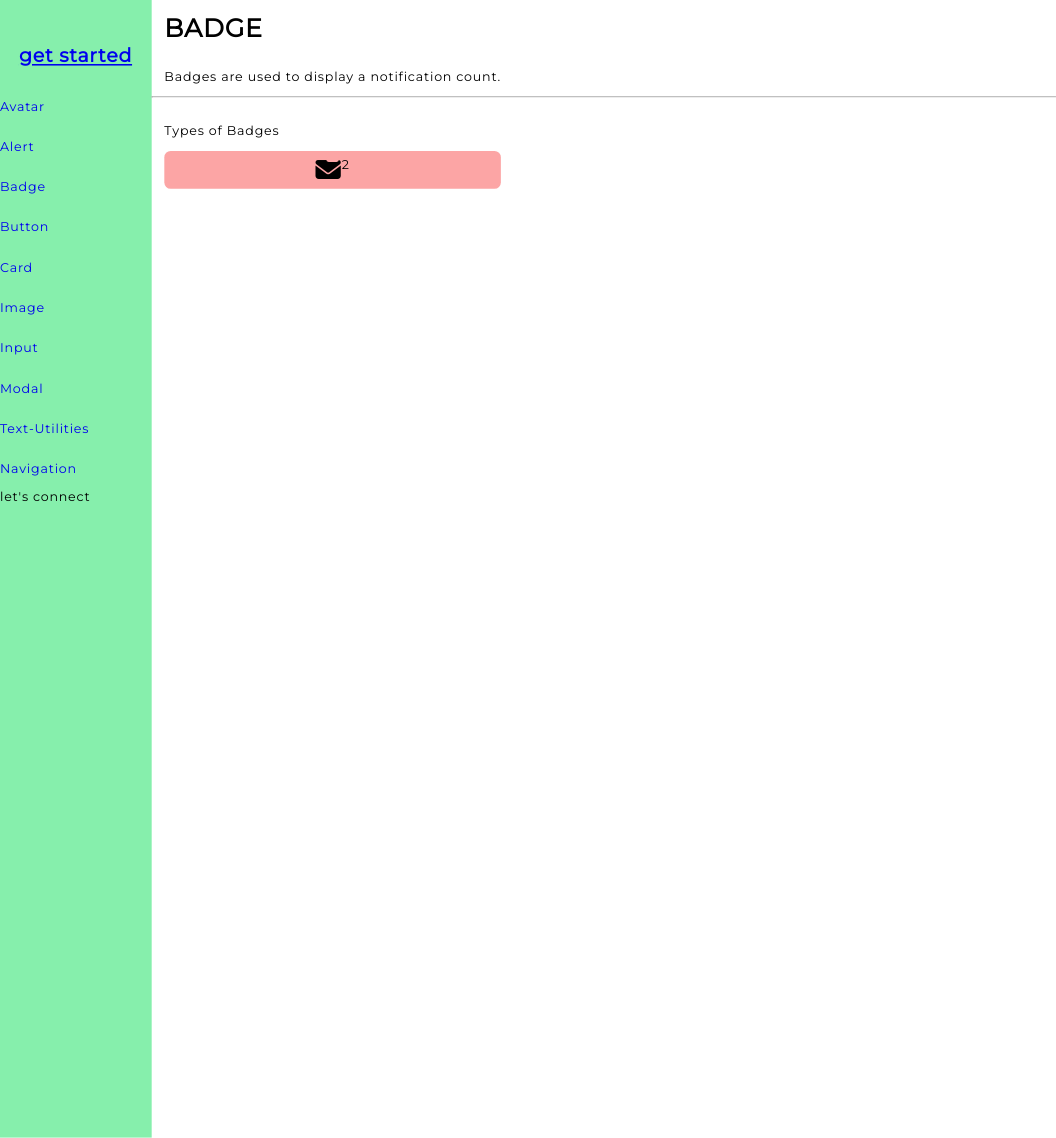
Repository: Anasooya2601/Components_UI
Page: components/Badge/Badge.html
These files come from the project's save history. The page is drawn as it stood at one moment and after the next save; the edit follows.
The browser window is 1280 px wide. The page is 1337 px wide, so the pictures cover 1337 px, including what lies to the right of the window. The pictures show the whole page, at 79% of full size.
Some web libraries are served in a nearby version.

Above is the page before, as saved 2022-02-12 13:32:13.
Not found: components/
Not found: components/Avatar/index.css

### components/Badge/Badge.html
<!DOCTYPE html>
<html lang="en">
<head>
    <meta charset="UTF-8">
    <meta http-equiv="X-UA-Compatible" content="IE=edge">
    <meta name="viewport" content="width=device-width, initial-scale=1.0">
    <title>BADGE</title>
    <link rel="stylesheet" href="/main/main.css">
    <link rel="stylesheet" href="../comp.css">
    <link rel="stylesheet" href="https://cdnjs.cloudflare.com/ajax/libs/font-awesome/4.7.0/css/font-awesome.min.css">
    <script src="https://kit.fontawesome.com/e70e2d0aa4.js" crossorigin="anonymous"></script>
</head>
<body><!-- main -->
    <div class="main-container">
        <div class="navbar-wrapper">

            <div class="nav">
                <div class="navbar-header">
                <div class="logo">
                    <a href="/index.html"></a>
                 </div>
                </div>
            </div>

        <!-- topics -->
        <a href="/main/main.html" class="text">get started</a>
        <div class="navbar-main">
            <a href="/components/Avatar/index.html">Avatar</a>
            <a href="/components/Alert/alert.html">Alert</a>
            <a href="/components/Badge/badge.html">Badge</a>
            <a href="/components/Button/button.html">Button</a>
             <a href="/components/Card/card.html">Card</a>
             <a href="/components/Image/image.html">Image</a>
             <a href="/components/Input/input.html">Input</a>
            <a href="/components/Modal/modal">Modal</a>
            <a href="/components//TextUtilities/textutilities">Text-Utilities</a>
            <a href="/components/Navigation/navigation">Navigation</a>
        </div>
        <!-- footer -->
        <div class="footer">
            <div class="footer-text">
                <p>let's connect</p>
            </div>
        </div>
        </div>

  <!-- Badge component -->
    <div class="header">
        <div class="section-header">
            <div>
                <h1 class="text-header">BADGE</h1>
                    <p class="para">
                     Badges are used to display a notification count.
                    </p>
              <hr>

            </div>
        </div>
        <div class="section-main">

<div class="section-info">Types of Badges
<p></p>
<div class="badge-main">

    <div class="badge-container">
        <div class="badge">
            <i class="fas fa-envelope fa-2x"></i>
            <div class="env notification"></div>
            <span>2</span>
        </div>
    </div>




            </div>
        </div>
    </div>
    <div class="code">


    </div>
</div>
</body>
</html>

### main/main.css
@import url('https://fonts.googleapis.com/css2?family=Montserrat&display=swap');
*{
    margin: 0;
    padding: 0;
    box-sizing: border-box;
}

body{
    letter-spacing: 1px;
}

/* color variable */
:root{
    font-family: 'Montserrat', sans-serif;
    font-weight: 400;
    --main:#fca5a5;
    --green:#86efac;
    --red:#f87171;
    --blue:
}

/* logo */
.logo{
    display: flex;
    justify-content: center;
}

.logo a{
    color: var(--main-color);
    font-size: 2.5rem;
    display: flex;
    align-items: flex-end;
}




.main-container{
    display: flex;
}

.text{
    font-size: 1.5rem;
    margin: 1.5rem;
    font-weight: bold;
}
/* navbar */
.navbar-wrapper{
    width: 15%;
    height: 200vh;
    font-size: 1rem;
    flex-direction: column;
    overflow-y: scroll;
display: flex;
flex-shrink: 0;
background-color: var(--green);
transition: 0.3s all ease-in;
}
.nav{
    display: flex;
    flex-direction: column;
}
.navbar-main{
    display: flex;
    flex-direction: column;
}
.navbar-main a{
  border-radius: 40px;
  padding: 1rem 0rem 1rem 0rem;
  letter-spacing: 1px;
  transition: 0.3s all ease-in-out;
  text-decoration: none;
}
.navbar-header{
    border-bottom: var(--main-color);
    padding: 1rem;
}
hr{
    width:250%;
    text-align:left;
    margin-left:0;
    }
    .code{
        display: flex;
        margin-top: 2rem;
        margin-bottom: 4rem;
        justify-content: center;
        width: 100%;
        height: auto;
    }
.section-info{
    margin-top: 1rem;
    margin-bottom: 1rem;
    padding: 1rem;
}
.para{
    padding: 1rem;
}
.text-header{
    padding: 1rem;
}

### components/comp.css
@import "./Alert/alert.css";
@import "./Avatar/index.css";
@import "./Button/button.css";
@import "../main/main.css";
@import"./Badge/Badge.css";
@import"./";
@import"./";
@import"";
@import"";

### components/Alert/Alert.css
.alert-main{
    display: flex;
    flex-wrap: wrap;
    justify-content: space-around;
    gap: 1.5rem;
    margin-top: 1rem;
    border-radius: 0.6rem;
    padding: 1rem;

}
.alert{
    display: flex;
    flex-wrap: wrap;
    justify-content: space-between;
    width: 26rem;
    align-items: center;
    border-radius: 0.2rem;
    padding: 0.5rem 1rem;
}
.alert-msg{
    display: flex;
    align-items: center;
    gap: 0.5rem;

}
.alert-danger{
    background-color: var(--main);
    color: var(--red);

}
.alert-warning{
    background-color: var(--main);

}
.alert-success{
    background-color: var(--main);

}
.alert-primary{
    background-color: var(--main);

}
.alert-close-btn{
    font-size: 1.5rem;
}

### components/Button/button.css
@import url('https://fonts.googleapis.com/css2?family=Montserrat:ital@1&family=Roboto:ital,wght@0,400;1,300&family=Space+Grotesk:wght@700&display=swap');
.main-text{
    margin: 2rem 0;
}

.btn-container{
display: flex;
flex-wrap: wrap;
margin-top: 1.5rem;
gap: 1rem;
align-items: center;


}

.btn {
border:none;
background-color: none;
outline: none;
padding: 0.5rem 1rem;
border: 5px;
border-radius: 5px;
font-size: 1.1rem;
cursor: pointer;
color: #0e9aeb;
font-family: 'Gill Sans', 'Gill Sans MT', Calibri, 'Trebuchet MS', sans-serif;
}

.primary{
    background-color:#fbbf24 ;

}
.secondary{
    background-color: #fca5a5;
}
.danger{
    background-color: #bef264;
}
.success{
    background-color: #0369a1;
}
.warning{
    background-color: #ded48f;
}

/* outlined-button */
.outlined-sub{
    margin-top: 1.5rem;
}
.outlined-btn{
border-radius: 8px;
font-size: 1.1rem;
letter-spacing: 1px;
color:#0369a1;
background-color: white;
cursor: pointer;
padding: 0.5rem;
gap: 1rem;
}
.outlined-primary{
    border: 0.5px solid #0369a1;
}
.outlined-secondary{
    border: 0.5px solid #0369a1;
}
.outlined-warning{
    border: 0.5px solid #0369a1;
}
.outlined-attention{
    border: 0.5px solid #0369a1;
}
.btn-icon{
background-color: white;
cursor: pointer;
}
/* icon-btn */


/* floating-btn */
.btn-float{
    color: white;
    background-color: #0e9aeb;
    padding: 0.6rem 1rem;
    box-shadow: #ded48f 0px 8px 16px;
}

### components/Badge/Badge.css
.badge-container{
    display: flex;
    flex-wrap: wrap;
    justify-content: space-evenly;
    gap: 1.5rem;
    background-color: var(--main);
    border-radius: 0.5rem;
    margin-top: 1rem;
}
.badge{
    display: flex;
    flex-wrap: wrap;
    justify-content: center;
    padding: 0.5rem 1rem 0.5rem 1rem;
    border-radius: 0.5rem;
    position: relative;
    cursor: pointer;
}
.notification{
    background-color: var(--main);
    padding: 0.2rem 0.5rem;
    color: #fff;
    border-radius: 2.5rem;
    position: absolute;
}

After the next save:
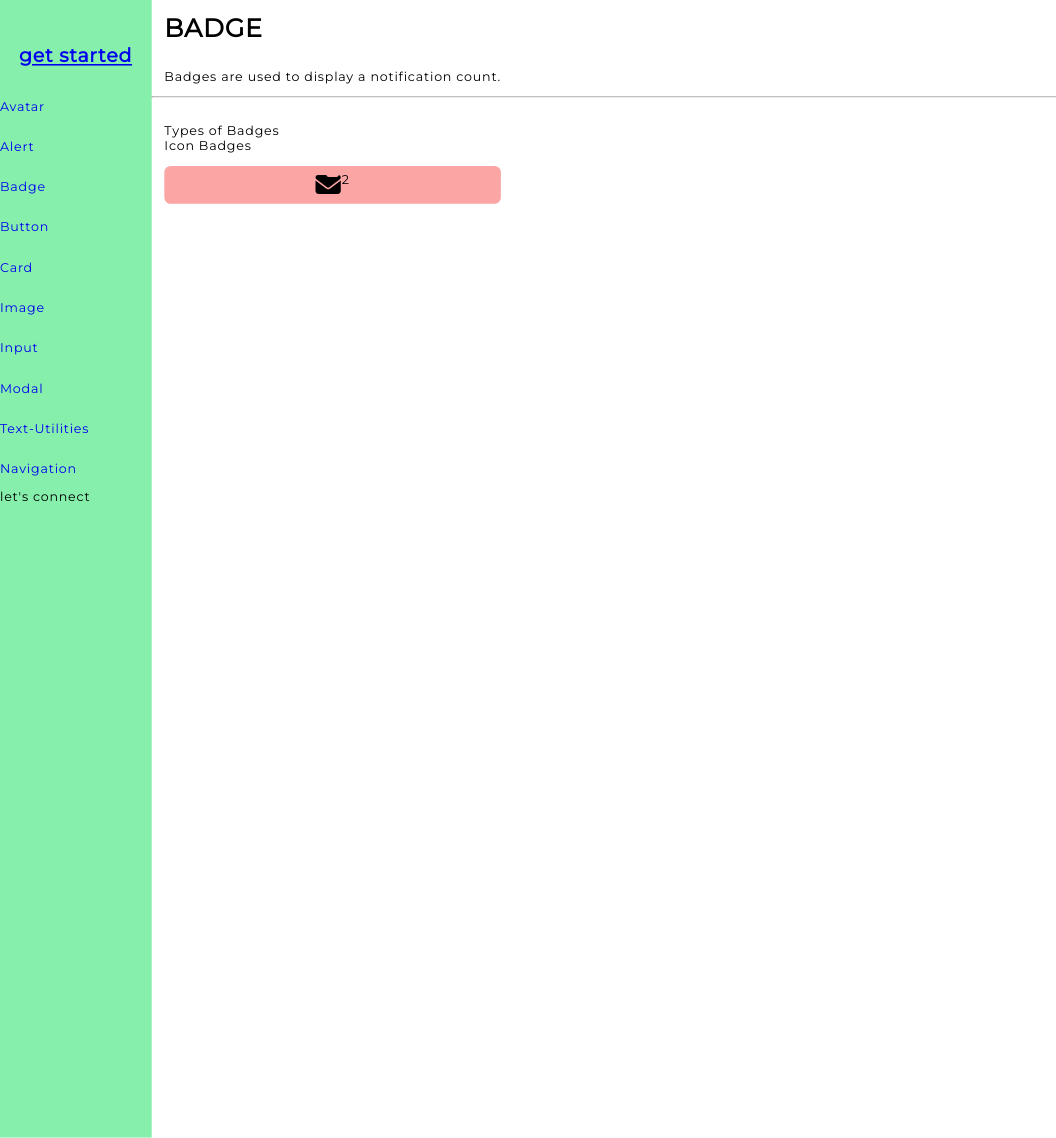
Saved 107 s later.
--- a/components/Badge/Badge.html
+++ b/components/Badge/Badge.html
@@ -59,7 +59,7 @@
         <div class="section-main">
 
 <div class="section-info">Types of Badges
-<p></p>
+<p>Icon Badges</p>
 <div class="badge-main">
 
     <div class="badge-container">
